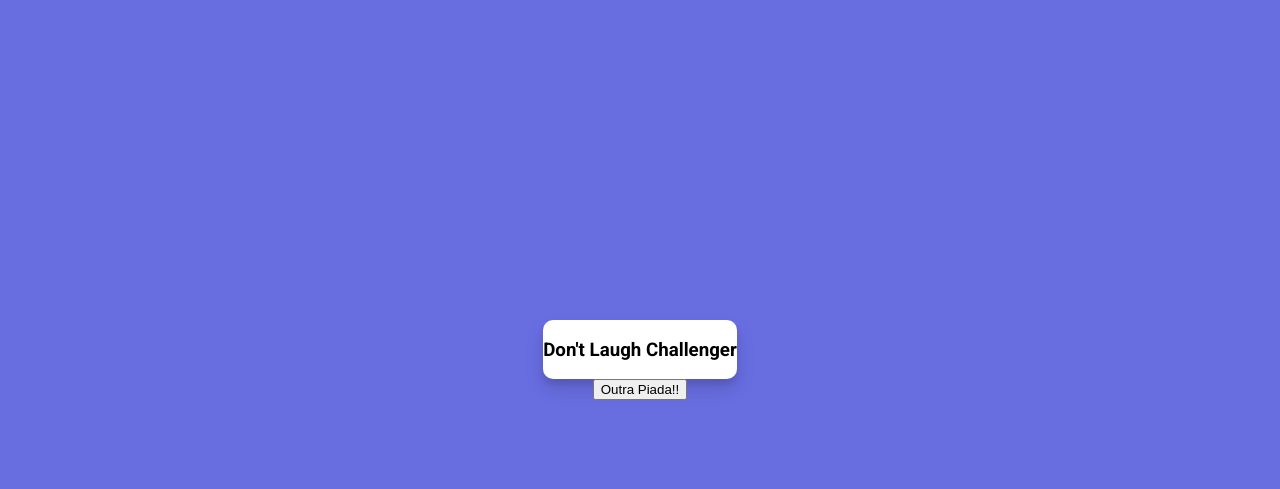
Repository: Williamlmachado/Dad-Jokes
Page: index.html
The author's editor kept a copy of each file at every save. The page is drawn from the files as they stood at one save, then again after the next save.
The browser window is 1280 px wide. The pictures show the whole page.

Above is the page before, as saved 2021-08-21 12:54:40.

### index.html
<!DOCTYPE html>
<html lang="en">
    <head>
        <meta charset="UTF-8"/>
        <meta name="viewport" content="width=device-width, initial-scale=1.0"/>
        <link rel="stylesheet" href="style.css"/>
        <title>JoK3s</title>
    </head>
    <body>
        <div class="container">
            <h3>Don't Laugh Challenger</h3>
            <div id="joke" class="joke"></div>
        </div>
        <button id="jokeBtn" class="btn">Outra Piada!!</button>
        <script></script>
    </body>
</html>

### style.css
@import url('https://fonts.googleapis.com/css2?family=Roboto:wght@400;700&display=swap');

* {
  box-sizing: border-box;
}

body {
  background-color: #686de0;
  font-family: 'Roboto', sans-serif;
  display: flex;
  flex-direction: column;
  align-items: center;
  justify-content: center;
  height: 100vh;
  overflow: hidden;
  margin: 0;
  padding: 20px;
}
.container{
    background-color: white;
    border-radius: 10px;
    box-shadow: 0 10px 20px rgba(0, 0, 0, 0.1), 0 6px 6px rgba(0, 0, 0, 0.1);

}

After the next save:
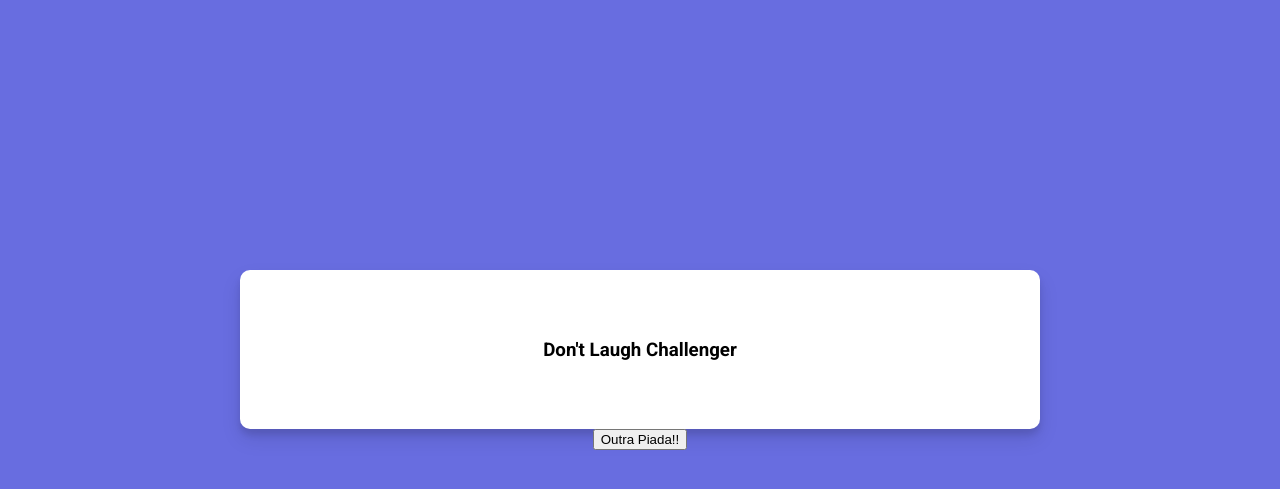
Saved 39 s later.
--- a/style.css
+++ b/style.css
@@ -20,5 +20,8 @@ body {
     background-color: white;
     border-radius: 10px;
     box-shadow: 0 10px 20px rgba(0, 0, 0, 0.1), 0 6px 6px rgba(0, 0, 0, 0.1);
-
+    padding: 50px 20px;
+    text-align: center;
+    max-width: 100%;
+    width: 800px;
 }
